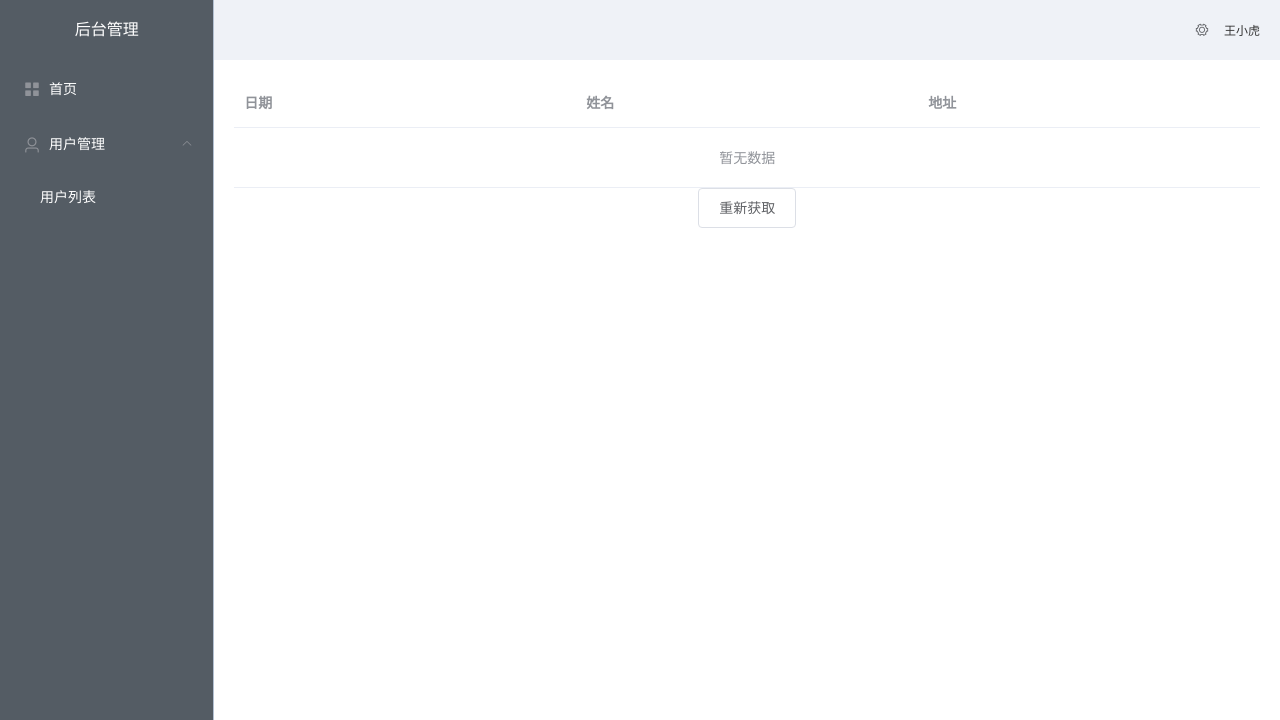
Repository: cmw520520/admin_vue
Page: /#/user/userlist
These files come from the project's save history. The page is drawn as it stood at one moment and after the next save; the edit follows.
The browser window is 1280 px wide. The pictures show the whole page.
The page's requests for data from a server got no answer. The project was rebuilt for these pictures with package versions that can differ from the ones it lists, and the page was loaded fresh each time. No one was signed in, and anything a server would have sent is missing. Also part of the build but not shown: src/page/home/Home.vue, example/Echart.vue.

Above is the page before, as saved 2019-07-03 09:35:48.

### index.html
<!DOCTYPE html>
<html>
  <head>
    <meta charset="utf-8">
    <meta name="viewport" content="width=device-width,initial-scale=1.0">
    <title>cmw</title>
  </head>
  <body>
    <div id="app"></div>
    <!-- built files will be auto injected -->
  </body>
</html>

### src/main.js
// The Vue build version to load with the `import` command
// (runtime-only or standalone) has been set in webpack.base.conf with an alias.
import Vue from 'vue'
import App from './App'
import router from './router'
import ElementUI from 'element-ui'
import 'element-ui/lib/theme-chalk/index.css'
import store from './store/index'
import axios from 'axios'

Vue.config.productionTip = false

axios.defaults.baseURL = '/api/'

Vue.use(ElementUI)

/* eslint-disable no-new */
new Vue({
  el: '#app',
  router,
  store,
  components: { App },
  template: '<App/>'
})

### src/App.vue
<template>
  <div id="app">
    <!-- <img src="./assets/logo.png"> -->
    <router-view/>
  </div>
</template>

<script>
export default {
  name: 'App'
}
</script>

<style>
#app {
  font-family: 'Avenir', Helvetica, Arial, sans-serif;
  -webkit-font-smoothing: antialiased;
  -moz-osx-font-smoothing: grayscale;
  text-align: center;
  color: #2c3e50;
  width: 100%;
  height: 100%;
  /* margin-top: 60px; */
}

body, html {
  margin: 0;
  padding: 0;
  height: 100%;
  width: 100%;
}
</style>

### src/router/index.js
import Vue from 'vue'
import Router from 'vue-router'
// import HelloWorld from '@/components/HelloWorld'
import Manage from '@/page/Manage'
import Home from '@/page/home/Home'
import UserList from '@/page/user/UserList'
import Echart from '../../example/Echart'

Vue.use(Router)

export default new Router({
  routes: [
    {
      path: '/',
      name: '',
      component: Manage,
      children: [
        {
          path: '',
          component: Home,
          meta: []
        },
        {
          path: '/user/userlist',
          component: UserList,
          meta: []
        },
        {
          path: '/example/echart',
          component: Echart,
          meta: ['图表']
        }
      ]
    }
  ]
})

### src/store/index.js
import Vue from 'vue'
import Vuex from 'vuex'
import user from './user/index'

Vue.use(Vuex)

const store = new Vuex.Store({
  modules: {
    user
  }
})

export default store

### src/page/Manage.vue
<template>
  <el-container style="height: 100%;">
    <el-col :span="4" style="background-color: rgb(84, 92, 100);overflow:hidden;">
      <el-col>
        <div class="logo">后台管理</div>
      </el-col>
      <el-col>
        <el-slider></el-slider>
      </el-col>
    </el-col>

    <el-col :span="20" style="border-left: 1px solid #b3c0d1;overflow: auto;overflow-scrolling: touch;">
      <el-header style="text-align: right; font-size: 12px">
        <el-dropdown>
          <i class="el-icon-setting" style="margin-right: 15px"></i>
          <el-dropdown-menu slot="dropdown">
            <el-dropdown-item>查看</el-dropdown-item>
            <el-dropdown-item>新增</el-dropdown-item>
            <el-dropdown-item>删除</el-dropdown-item>
          </el-dropdown-menu>
        </el-dropdown>
        <span>王小虎</span>
      </el-header>

      <el-main>
        <transition name="fade" mode="out-in">
            <router-view></router-view>
        </transition>
      </el-main>
    </el-col>
  </el-container>
</template>

<script>
import slider from '@/components/Slider'

export default {
  name: 'manage',
  components: {
    'el-slider': slider
  }
}
</script>

<style scope>
.el-header {
  background-color: #EFF2F7;
  color: #333;
  line-height: 60px;
}

.el-aside {
  color: #333;
}

.fade-enter-active, .fade-leave-active {
    transition: opacity 0.5s, transform 0.5s;
}

.fade-enter, .fade-leave-to {
    opacity: 0;
}

/* 导航logo S */
.logo {
    height: 60px;
    line-height: 60px;
    color: #fff;
}
/* 导航logo E */
</style>

### src/page/user/UserList.vue
<template>
    <el-row>
      <el-col>
        <el-table v-if="userList" :data="userList">
            <el-table-column prop="date" label="日期"></el-table-column>
            <el-table-column prop="name" label="姓名"></el-table-column>
            <el-table-column prop="address" label="地址"></el-table-column>
        </el-table>
      </el-col>

      <el-col>
        <el-button @click="getUserList">重新获取</el-button>
      </el-col>
    </el-row>

</template>

<script>
import {mapState} from 'vuex'
import {user} from '../../store/user/index'

export default {
  name: 'userlist',
  data () {
    return {
      i: ''
    }
  },
  computed: {
    ...mapState({
      userList: state => user.state.userList
    })
  },
  mounted () {
    this.getUserList()
  },
  methods: {
    getUserList () {
      this.$store.dispatch('GETUSERLIST')
    }
  }
}
</script>

<style scope>

</style>

### src/store/user/index.js
import * as types from './types'
import http from '../../utils/http'

export const user = {
  state: {
    userList: []
  },
  actions: {
    [types.GETUSERLIST] (context, params) {
      http.fetch('user/userlist', params).then(data => {
        context.commit(types.GETUSERLIST, data)
      })
    }
  },
  mutations: {
    [types.GETUSERLIST] (state, data) {
      state.userList = data.data
    }
  }
}

export default user

### src/components/Slider.vue
<template>
  <el-menu :default-openeds="['1', '3']"
    background-color="rgb(84, 92, 100)"
    text-color="#fff"
    active-text-color="#fff"
    style="border:none;text-align:left;"
    router>
    <label v-for="(item, index) in navMenu" :key="index">
      <el-menu-item v-if="item.isHeader" :index="item.component">
        <i :class=item.icon></i>
        <span slot="title">{{ item.name }}</span>
      </el-menu-item>

      <el-submenu v-else :index="String(index)">
        <template slot="title">
          <i :class=item.icon></i>{{ item.name }}
        </template>
        <el-menu-item v-for="(item2, index2) in item.children" :key="index2" :index="item2.component">{{ item2.name }}</el-menu-item>
      </el-submenu>
    </label>
  </el-menu>
</template>

<script>
export default {
  name: 'slider',
  data () {
    return {
      navMenu: [
        {
          isHeader: true,
          name: '首页',
          icon: 'el-icon-menu',
          component: '/'
        },
        {
          name: '用户管理',
          icon: 'el-icon-user',
          children: [
            {
              name: '用户列表',
              component: '/user/userlist'
            }
          ]
        }
      ]
    }
  }
}
</script>

<style>
</style>

### src/store/user/types.js
export const GETUSERLIST = 'GETUSERLIST'

### src/utils/http.js
import axios from 'axios'
import qs from 'qs'
import Vue from 'vue'

const vue = new Vue()
// axios.defaults.headers.post['Content-Type'] = 'application/x-www-form-urlencoded; chartset=UTF-8'

export default {
  fetch (path, params) {
    if (!(params instanceof FormData)) {
      params = qs.stringify(params)
    }
    return axios.post(path, params).then(function (rep) {
      let data = rep.data
      if (data.code && data.code !== 1) {
        vue.$message({
          showClose: true,
          message: data.message,
          type: 'error'
        })
        return Promise.reject(data)
      }
      return data
    })
  }
}

After the next save:
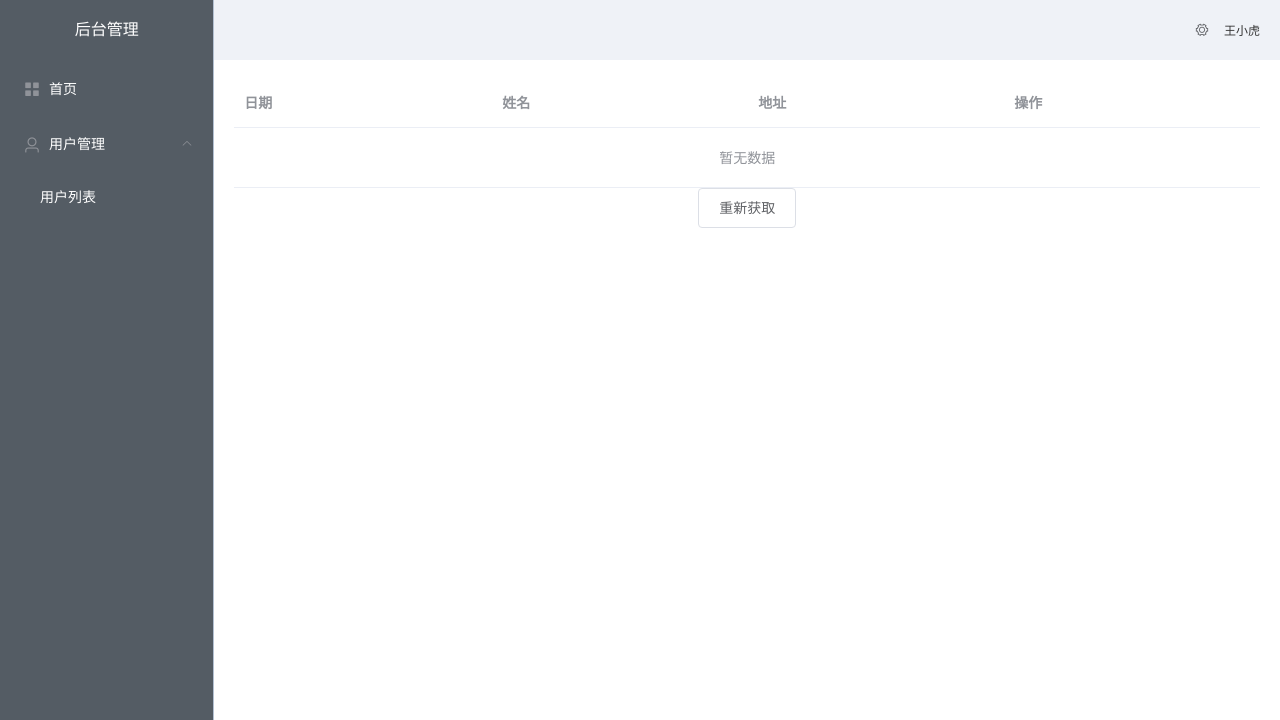
Saved 78 s later.
--- a/src/page/user/UserList.vue
+++ b/src/page/user/UserList.vue
@@ -5,6 +5,19 @@
             <el-table-column prop="date" label="日期"></el-table-column>
             <el-table-column prop="name" label="姓名"></el-table-column>
             <el-table-column prop="address" label="地址"></el-table-column>
+            <el-table-column label="操作">
+            <template slot-scope="scope">
+              <el-button
+                size="mini"
+                @click="handleEdit(scope.$index, scope.row)"
+              >编辑</el-button>
+              <el-button
+                size="mini"
+                type="danger"
+                @click="handleDelete(scope.$index, tableData)"
+              >删除</el-button>
+            </template>
+          </el-table-column>
         </el-table>
       </el-col>
 
